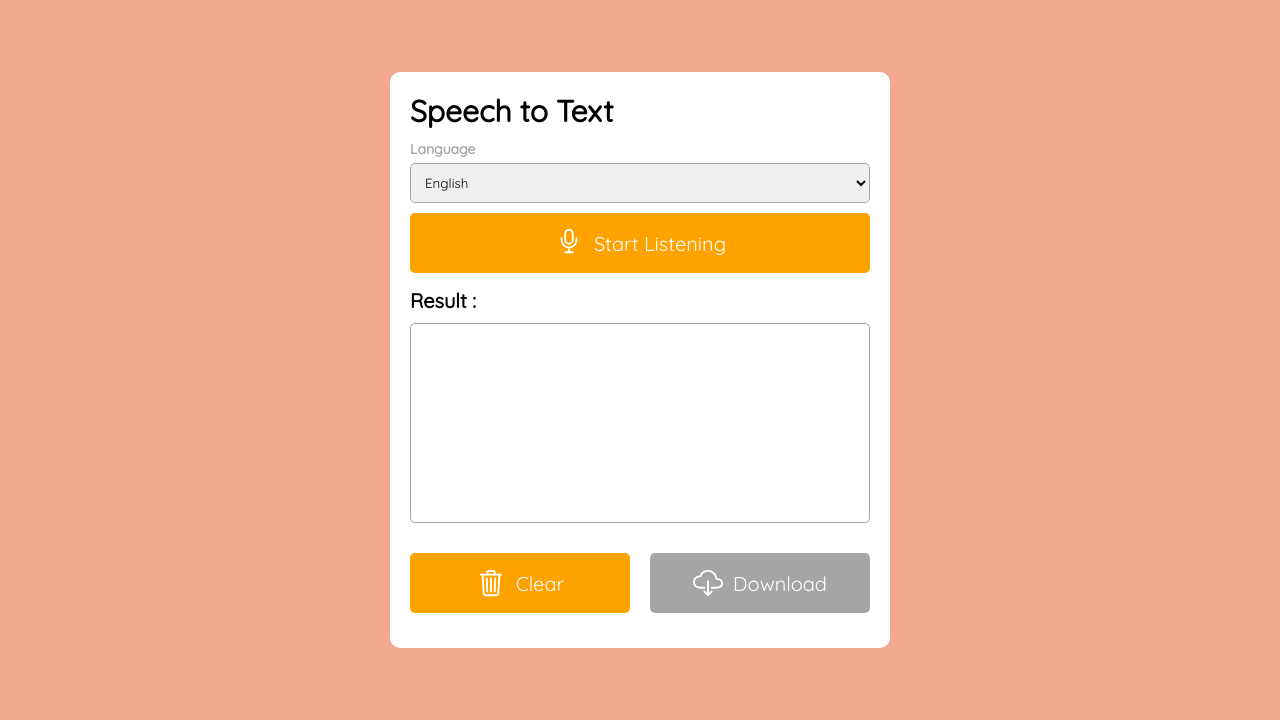
Repository: tsthuy/SpeechToText
Page: index.html
An editor plug-in stored every save of this project. The page is shown before and after the next save, followed by the edit.
The browser window is 1280 px wide. The pictures show the whole page.

Above is the page before, as saved 2023-08-28 03:44:56.

### index.html
<!DOCTYPE html>
<html lang="en">
  <head>
    <meta charset="UTF-8" />
    <meta http-equiv="X-UA-Compatible" content="IE=edge" />
    <meta name="viewport" content="width=device-width, initial-scale=1.0" />
    <link href="./images/icon.png" rel="shortcut icon" type="image/vnd.microsoft.icon" />
    <link rel="stylesheet" href="style.css" />
    <link href='https://fonts.googleapis.com/css?family=Quicksand' rel='stylesheet'>
    <title>Speech to Text</title>
  </head>
  <body>
    <div class="container">
      <p class="heading">Speech to Text</p>
      <div class="options">
        <div>
          <p>Language</p>
          <select name="input-language" id="language"></select>
        </div>
      </div>
      <button class="btn record">
        <div class="icon">
          <ion-icon name="mic-outline"></ion-icon>
          <img src="record.svg" alt="" />
        </div>
        <p>Start Listening</p>
      </button>
      <p class="heading receive">Result :</p>
      <div
        class="result"
        spellcheck="false"
        placeholder="Text will be shown here"
      >
        <p class="interim"></p>
      </div>
      <div class="buttons">
        <button class="btn clear">
          <ion-icon name="trash-outline"></ion-icon>
          <p>Clear</p>
        </button>
        <button class="btn download" disabled>
          <ion-icon name="cloud-download-outline"></ion-icon>
          <p>Download</p>
        </button>
      </div>
    </div>

    <!-- IONICONS -->
    <script
      type="module"
      src="https://unpkg.com/ionicons@5.5.2/dist/ionicons/ionicons.esm.js"
    ></script>
    <script
      nomodule
      src="https://unpkg.com/ionicons@5.5.2/dist/ionicons/ionicons.js"
    ></script>

    <!-- LANGUAGES -->
    <script src="languages.js"></script>

    <!-- SCRIPT -->
    <script src="script.js"></script>
  </body>
</html>

### style.css

:root {
  --primary-color: #FEA200;
  --bg-color: #fff;
  --text-color: #000;
  --light-text-color: #a5a5a5;
  --body-bg-color: #F2A88D;
}
* {
  margin: 0;
  padding: 0;
  box-sizing: border-box;
  font-family: "Quicksand", sans-serif;
}
body {
  min-height: 100vh;
  display: flex;
  align-items: center;
  justify-content: center;
  background-color: var(--body-bg-color);
  color: var(--text-color);
}
.container {
  width: 500px;
  padding: 20px;
  border-radius: 10px;
  background-color: var(--bg-color);
}
.container .heading {
  font-size: 30px;
  font-weight: 800;
  margin-bottom: 10px;
}
.container .receive
{
  font-size: 20px;
}
.container .options select {
  width: 100%;
  padding: 10px;
  border: 1px solid var(--light-text-color);
  border-radius: 5px;
  outline: none;
}
.container .options div:not(:last-child) select {
  margin-bottom: 20px;
}
.language
{
  font-size: 200px;
}
.container .options p {
  font-size: 14px;
  font-weight: 600;
  margin-bottom: 5px;
  color: var(--light-text-color);
}
.btn {
  display: flex;
  align-items: center;
  justify-content: center;
  gap: 10px;
  margin-top: 10px;
  margin-bottom: 15px;
  height: 60px;
  padding: 20px;
  width: 100%;
  outline: none;
  border: none;
  border-radius: 5px;
  font-size: 20px;
  font-weight: 500;
  cursor: pointer;
  color: #fff;
  background-color: var(--primary-color);
}
.btn ion-icon {
  font-size: 30px;
}
.btn:disabled {
  background-color: var(--light-text-color);
  cursor: not-allowed;
}

.container .record img {
  width: 30px;
  height: 30px;
  display: none;
}
.container .record.recording img {
  display: block;
}
.container .record.recording ion-icon {
  display: none;
}
.container .result {
  width: 100%;
  min-height: 200px;
  padding: 10px;
  border: 1px solid var(--light-text-color);
  border-radius: 5px;
  font-size: 18px;
  font-weight: 500;
  margin-bottom: 20px;
  color: var(--text-color);
}
.container .result p {
  display: inline;
  margin-left: 3px;
  color: var(--light-text-color);
}
.buttons {
  display: flex;
  gap: 20px;
}

### languages.js
const languages = [
  {
    no: "16",
    name: "English",
    native: "English",
    code: "en",
  },
  {
    no: "1",
    name: "Afrikaans",
    native: "Afrikaans",
    code: "af",
  },
  {
    no: "2",
    name: "Albanian",
    native: "Shqip",
    code: "sq",
  },
  {
    no: "3",
    name: "Arabic",
    native: "عربي",
    code: "ar",
  },
  {
    no: "4",
    name: "Armenian",
    native: "Հայերէն",
    code: "hy",
  },
  {
    no: "5",
    name: "Azerbaijani",
    native: "آذربایجان دیلی",
    code: "az",
  },
  {
    no: "6",
    name: "Basque",
    native: "Euskara",
    code: "eu",
  },
  {
    no: "7",
    name: "Belarusian",
    native: "Беларуская",
    code: "be",
  },
  {
    no: "8",
    name: "Bulgarian",
    native: "Български",
    code: "bg",
  },
  {
    no: "9",
    name: "Catalan",
    native: "Català",
    code: "ca",
  },
  {
    no: "10",
    name: "Chinese (Simplified)",
    native: "中文简体",
    code: "zh-CN",
  },
  {
    no: "11",
    name: "Chinese (Traditional)",
    native: "中文繁體",
    code: "zh-TW",
  },
  {
    no: "12",
    name: "Croatian",
    native: "Hrvatski",
    code: "hr",
  },
  {
    no: "13",
    name: "Czech",
    native: "Čeština",
    code: "cs",
  },
  {
    no: "14",
    name: "Danish",
    native: "Dansk",
    code: "da",
  },
  {
    no: "15",
    name: "Dutch",
    native: "Nederlands",
    code: "nl",
  },
  {
    no: "17",
    name: "Estonian",
    native: "Eesti keel",
    code: "et",
  },
  {
    no: "18",
    name: "Filipino",
    native: "Filipino",
    code: "tl",
  },
  {
    no: "19",
    name: "Finnish",
    native: "Suomi",
    code: "fi",
  },
  {
    no: "20",
    name: "French",
    native: "Français",
    code: "fr",
  },
  {
    no: "21",
    name: "Galician",
    native: "Galego",
    code: "gl",
  },
  {
    no: "22",
    name: "Georgian",
    native: "ქართული",
    code: "ka",
  },
  {
    no: "23",
    name: "German",
    native: "Deutsch",
    code: "de",
  },
  {
    no: "24",
    name: "Greek",
    native: "Ελληνικά",
    code: "el",
  },
  {
    no: "25",
    name: "Haitian Creole",
    native: "Kreyòl ayisyen",
    code: "ht",
  },
  {
    no: "26",
    name: "Hebrew",
    native: "עברית",
    code: "iw",
  },
  {
    no: "27",
    name: "Hindi",
    native: "हिन्दी",
    code: "hi",
  },
  {
    no: "28",
    name: "Hungarian",
    native: "Magyar",
    code: "hu",
  },
  {
    no: "29",
    name: "Icelandic",
    native: "Íslenska",
    code: "is",
  },
  {
    no: "30",
    name: "Indonesian",
    native: "Bahasa Indonesia",
    code: "id",
  },
  {
    no: "31",
    name: "Irish",
    native: "Gaeilge",
    code: "ga",
  },
  {
    no: "32",
    name: "Italian",
    native: "Italiano",
    code: "it",
  },
  {
    no: "33",
    name: "Japanese",
    native: "日本語",
    code: "ja",
  },
  {
    no: "34",
    name: "Korean",
    native: "한국어",
    code: "ko",
  },
  {
    no: "35",
    name: "Latvian",
    native: "Latviešu",
    code: "lv",
  },
  {
    no: "36",
    name: "Lithuanian",
    native: "Lietuvių kalba",
    code: "lt",
  },
  {
    no: "37",
    name: "Macedonian",
    native: "Македонски",
    code: "mk",
  },
  {
    no: "38",
    name: "Malay",
    native: "Malay",
    code: "ms",
  },
  {
    no: "39",
    name: "Maltese",
    native: "Malti",
    code: "mt",
  },
  {
    no: "40",
    name: "Norwegian",
    native: "Norsk",
    code: "no",
  },
  {
    no: "41",
    name: "Persian",
    native: "فارسی",
    code: "fa",
  },
  {
    no: "42",
    name: "Polish",
    native: "Polski",
    code: "pl",
  },
  {
    no: "43",
    name: "Portuguese",
    native: "Português",
    code: "pt",
  },
  {
    no: "44",
    name: "Romanian",
    native: "Română",
    code: "ro",
  },
  {
    no: "45",
    name: "Russian",
    native: "Русский",
    code: "ru",
  },
  {
    no: "46",
    name: "Serbian",
    native: "Српски",
    code: "sr",
  },
  {
    no: "47",
    name: "Slovak",
    native: "Slovenčina",
    code: "sk",
  },
  {
    no: "48",
    name: "Slovenian",
    native: "Slovensko",
    code: "sl",
  },
  {
    no: "49",
    name: "Spanish",
    native: "Español",
    code: "es",
  },
  {
    no: "50",
    name: "Swahili",
    native: "Kiswahili",
    code: "sw",
  },
  {
    no: "51",
    name: "Swedish",
    native: "Svenska",
    code: "sv",
  },
  {
    no: "52",
    name: "Thai",
    native: "ไทย",
    code: "th",
  },
  {
    no: "53",
    name: "Turkish",
    native: "Türkçe",
    code: "tr",
  },
  {
    no: "54",
    name: "Ukrainian",
    native: "Українська",
    code: "uk",
  },
  {
    no: "55",
    name: "Urdu",
    native: "اردو",
    code: "ur",
  },
  {
    no: "56",
    name: "Vietnamese",
    native: "Tiếng Việt",
    code: "vi",
  },
  {
    no: "57",
    name: "Welsh",
    native: "Cymraeg",
    code: "cy",
  },
  {
    no: "58",
    name: "Yiddish",
    native: "ייִדיש",
    code: "yi",
  },
];

### script.js
const recordBtn = document.querySelector(".record"),
  result = document.querySelector(".result"),
  downloadBtn = document.querySelector(".download"),
  inputLanguage = document.querySelector("#language"),
  clearBtn = document.querySelector(".clear");

let SpeechRecognition =
    window.SpeechRecognition || window.webkitSpeechRecognition,
  recognition,
  recording = false;

function populateLanguages() {
  languages.forEach((lang) => {
    const option = document.createElement("option");
    option.value = lang.code;
    option.innerHTML = lang.name;
    inputLanguage.appendChild(option);
  });
}

populateLanguages();

function speechToText() {
  try {
    recognition = new SpeechRecognition();
    recognition.lang = inputLanguage.value;
    recognition.interimResults = true;
    recordBtn.classList.add("recording");
    recordBtn.querySelector("p").innerHTML = "Listening...";
    recognition.start();
    recognition.onresult = (event) => {
      const speechResult = event.results[0][0].transcript;
      //detect when intrim results
      if (event.results[0].isFinal) {
        result.innerHTML += " " + speechResult;
        result.querySelector("p").remove();
      } else {
        //creative p with class interim if not already there
        if (!document.querySelector(".interim")) {
          const interim = document.createElement("p");
          interim.classList.add("interim");
          result.appendChild(interim);
        }
        //update the interim p with the speech result
        document.querySelector(".interim").innerHTML = " " + speechResult;
      }
      downloadBtn.disabled = false;
    };
    recognition.onspeechend = () => {
      speechToText();
    };
    recognition.onerror = (event) => {
      stopRecording();
      if (event.error === "no-speech") {
        alert("No speech was detected. Stopping...");
      } else if (event.error === "audio-capture") {
        alert(
          "No microphone was found. Ensure that a microphone is installed."
        );
      } else if (event.error === "not-allowed") {
        alert("Permission to use microphone is blocked.");
      } else if (event.error === "aborted") {
        alert("Listening Stopped.");
      } else {
        alert("Error occurred in recognition: " + event.error);
      }
    };
  } catch (error) {
    recording = false;

    console.log(error);
  }
}

recordBtn.addEventListener("click", () => {
  if (!recording) {
    speechToText();
    recording = true;
  } else {
    stopRecording();
  }
});

function stopRecording() {
  recognition.stop();
  recordBtn.querySelector("p").innerHTML = "Start Listening";
  recordBtn.classList.remove("recording");
  recording = false;
}

function download() {
  const text = result.innerText;
  const filename = "speech.txt";

  const element = document.createElement("a");
  element.setAttribute(
    "href",
    "data:text/plain;charset=utf-8," + encodeURIComponent(text)
  );
  element.setAttribute("download", filename);
  element.style.display = "none";
  document.body.appendChild(element);
  element.click();
  document.body.removeChild(element);
}

downloadBtn.addEventListener("click", download);

clearBtn.addEventListener("click", () => {
  result.innerHTML = "";
  downloadBtn.disabled = true;
});

After the next save:
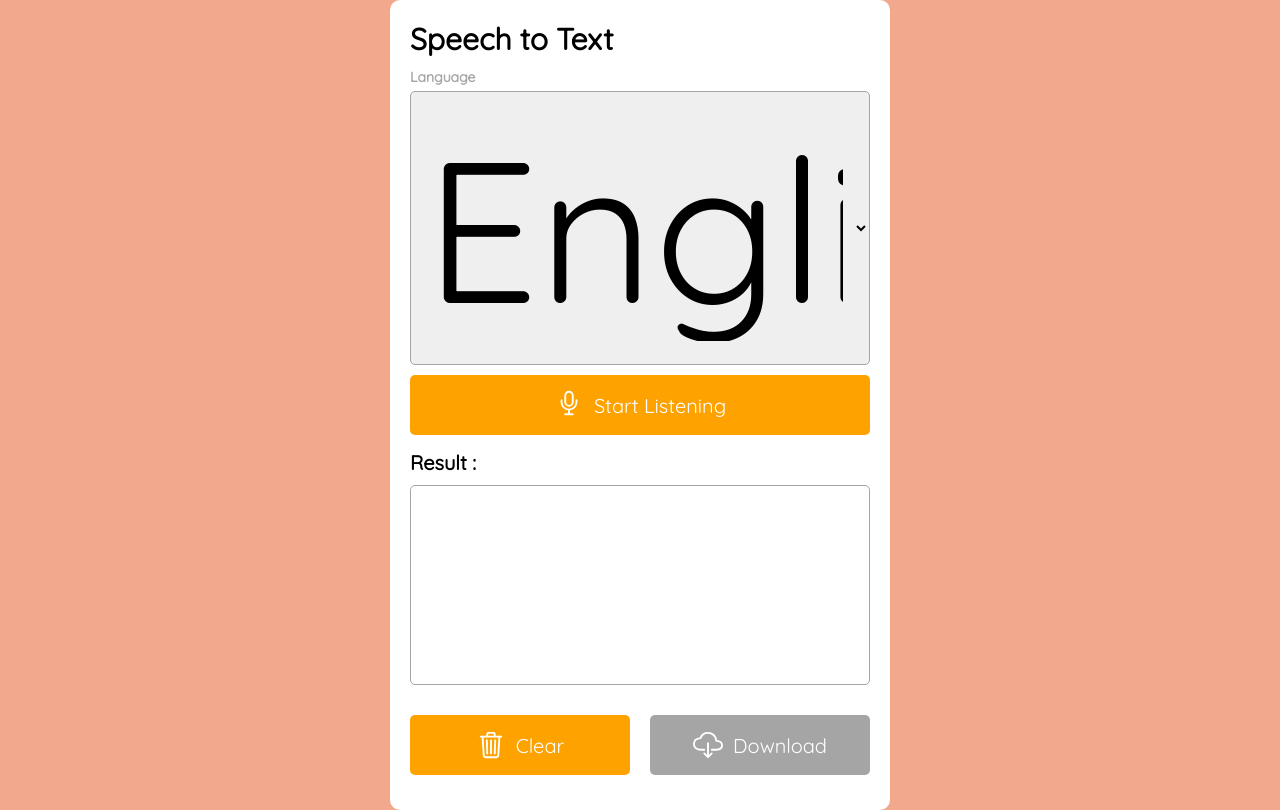
Saved 9 s later.
--- a/style.css
+++ b/style.css
@@ -45,7 +45,7 @@
 .container .options div:not(:last-child) select {
   margin-bottom: 20px;
 }
-.language
+#language
 {
   font-size: 200px;
 }

After the save that followed:
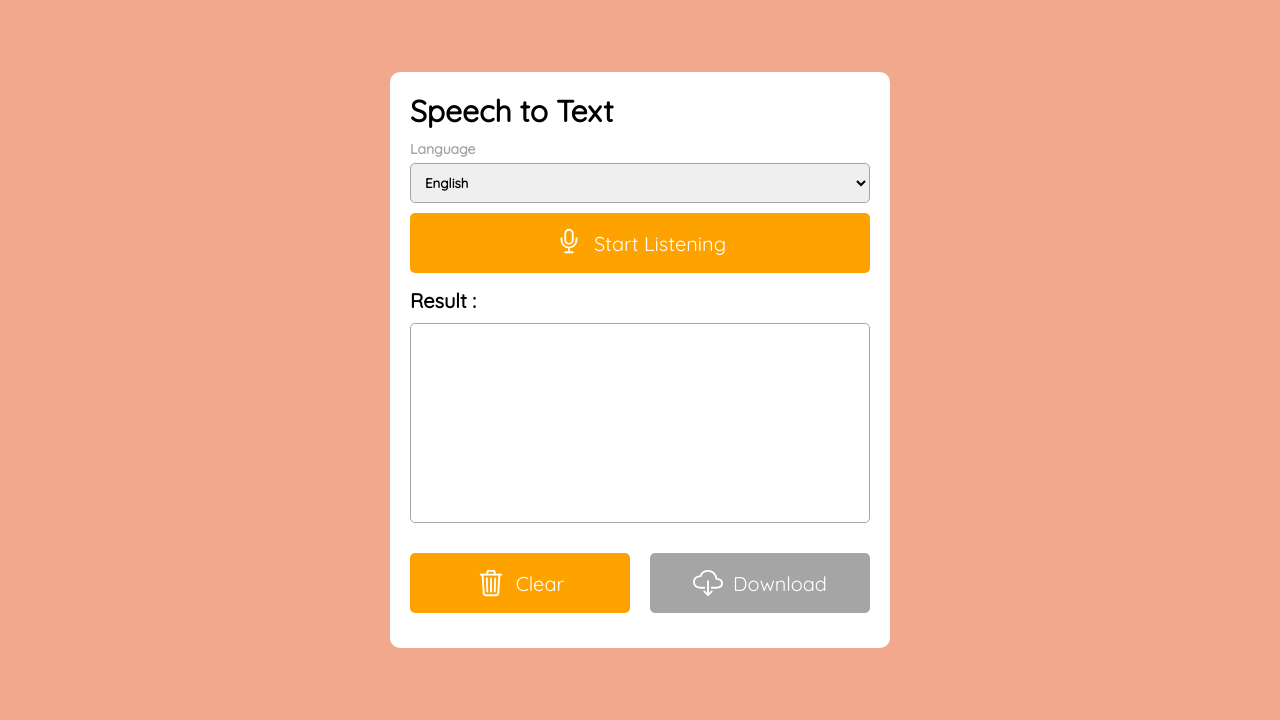
Saved 12 s later.
--- a/style.css
+++ b/style.css
@@ -47,7 +47,7 @@
 }
 #language
 {
-  font-size: 200px;
+  font-weight: 800;
 }
 .container .options p {
   font-size: 14px;
